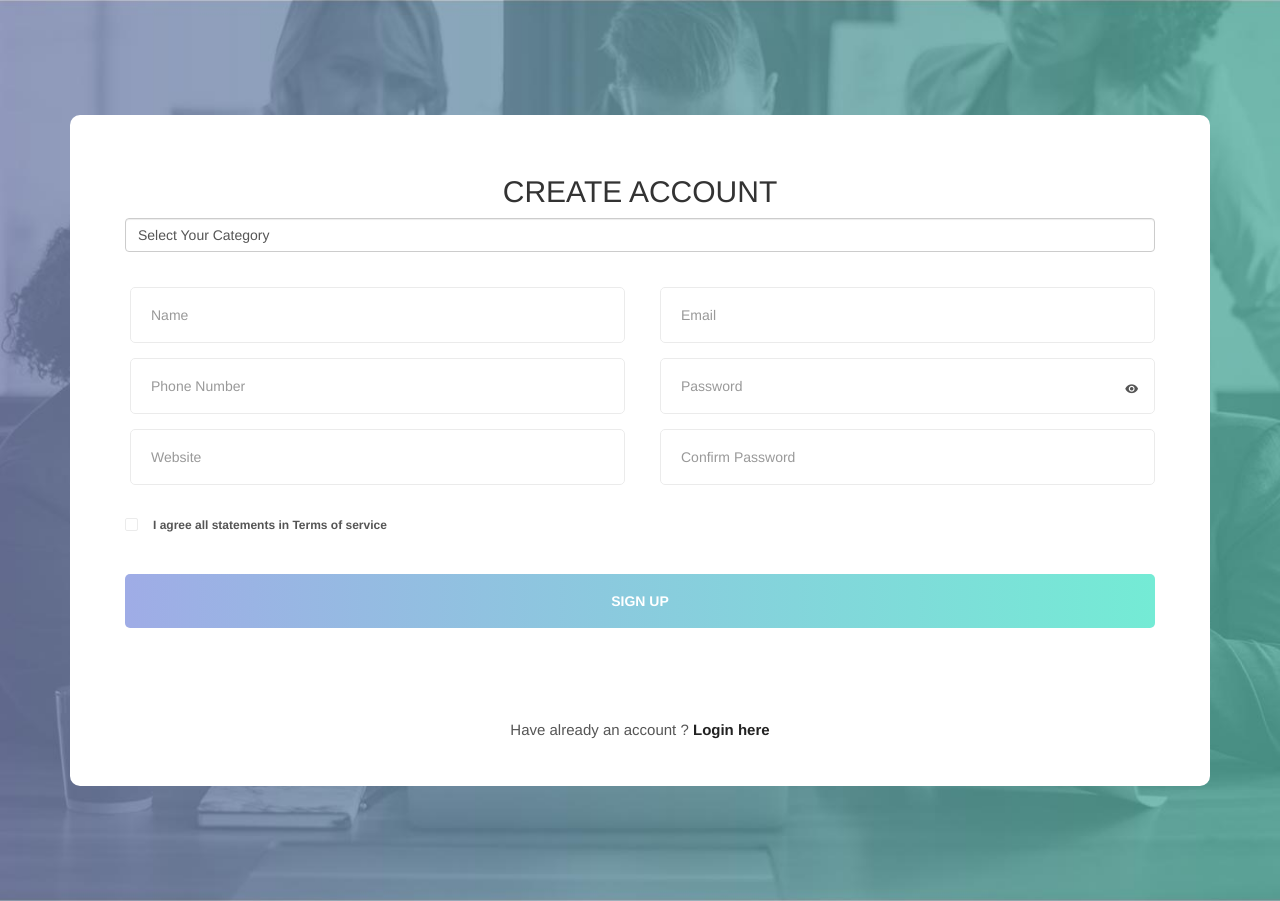
Repository: zainbt/Career_Bridge
Page: static/register/register.html
An editor plug-in stored every save of this project. The page is shown before and after the next save, followed by the edit.
The browser window is 1280 px wide. The pictures show the whole page.

Above is the page before, as saved 2019-11-18 18:33:28.

After the next save:
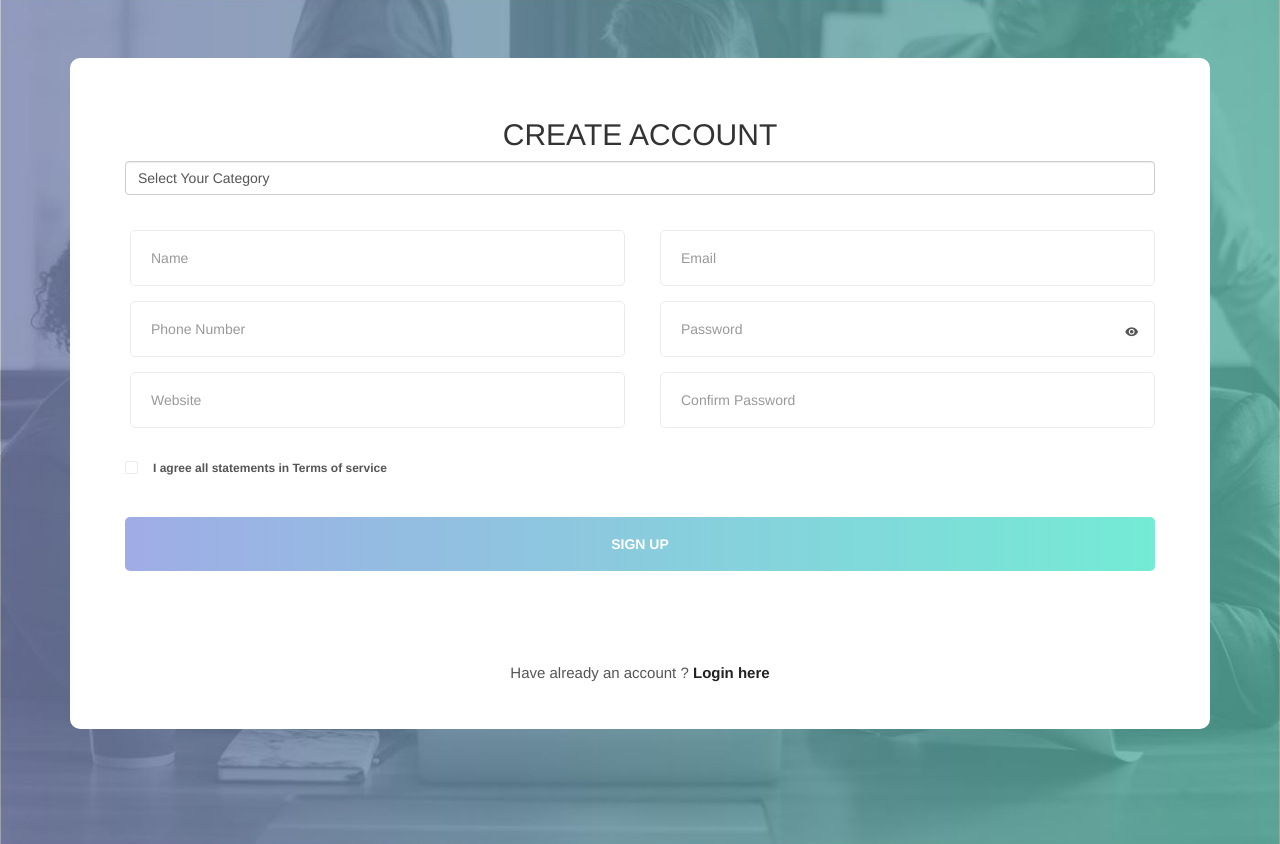
Saved 19 s later.
--- a/static/register/css/style.css
+++ b/static/register/css/style.css
@@ -245,7 +245,7 @@ body {
 
 .signup-content {
     position: relative;
-    margin-top: 0%;
+    margin-top: -5%;
     background: #fff;
     border-radius: 10px;
     -moz-border-radius: 10px;
